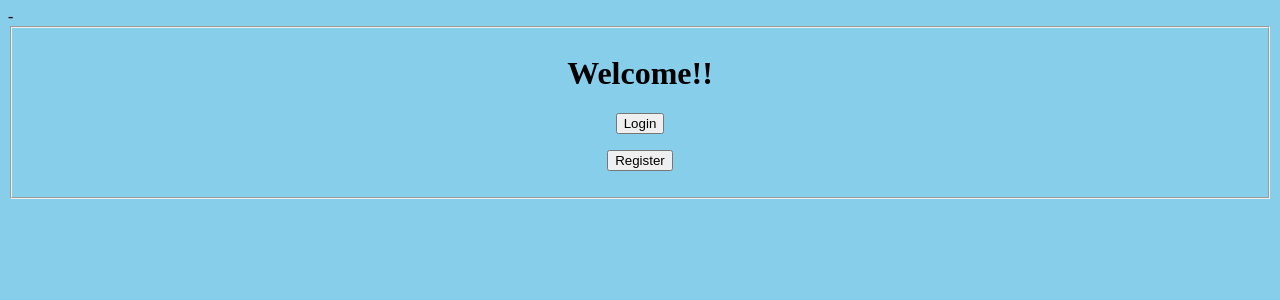
Repository: Thirumalaivasan01/eclipse-workspace
Page: http://localhost/assignment-calculator/
An editor plug-in stored every save of this project. The page is shown before and after the next save, followed by the edit.
The browser window is 1280 px wide. The pictures show the whole page.
The page is served by Tomcat 9. Other server files are loaded and not shown.

Above is the page before, as saved 2022-04-12 15:22:25.

### assignment-calculator/src/main/webapp/index.jsp
 <%@ page language="java" contentType="text/html; charset=UTF-8"
	pageEncoding="UTF-8"%> -
<!DOCTYPE html PUBLIC "-//W3C//DTD HTML 4.01 Transitional//EN" "http://www.w3.org/TR/html4/loose.dtd">


<html>
<head>
<meta http-equiv="Content-Type" content="text/html; charset=UTF-8">
<title>Insert title here</title>
</head>
<body bgcolor="skyblue">
	<center>
		<fieldset>
			<h1>Welcome!!</h1>
			<form action="login.jsp" method="post">
				<button type="submit">Login</button>
			</form>

			<form action="register.jsp" method="post">
				<button type="submit">Register</button>
			</form>
		</fieldset>
	</center>
</body>
</html>

After the next save:
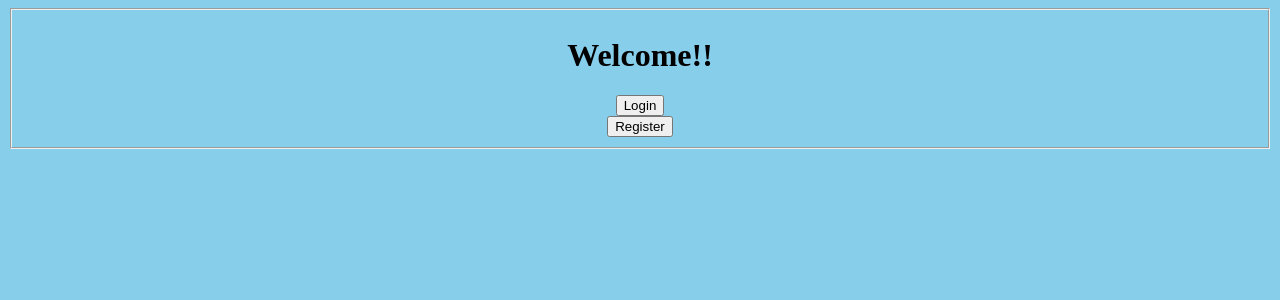
Saved 5 min 25 s later.
--- a/assignment-calculator/src/main/webapp/index.jsp
+++ b/assignment-calculator/src/main/webapp/index.jsp
@@ -1,5 +1,5 @@
  <%@ page language="java" contentType="text/html; charset=UTF-8"
-	pageEncoding="UTF-8"%> -
+	pageEncoding="UTF-8"%>
 <!DOCTYPE html PUBLIC "-//W3C//DTD HTML 4.01 Transitional//EN" "http://www.w3.org/TR/html4/loose.dtd">
 
 
